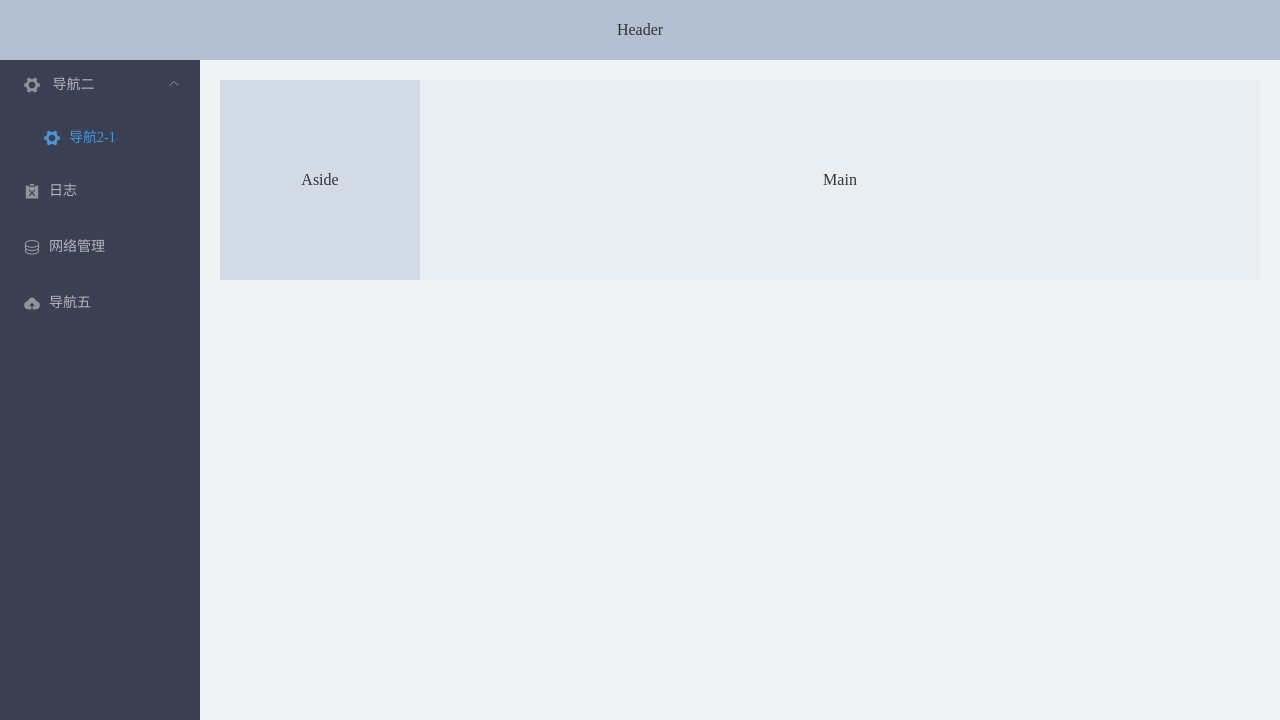
Repository: TomGodb/dazoo-admin
Page: /#/dashbord/aaa
These files come from the project's save history. The page is drawn as it stood at one moment and after the next save; the edit follows.
The browser window is 1280 px wide. The pictures show the whole page.
The project was rebuilt for these pictures with package versions that can differ from the ones it lists, and the page was loaded fresh each time. Also part of the build but not shown: vue.config.js, src/components/SlideVerify/index.vue, src/utils/request.js, src/views/login/http.js, src/views/login/index.vue.

Above is the page before, as saved 2021-01-23 11:51:45.

After the next save:
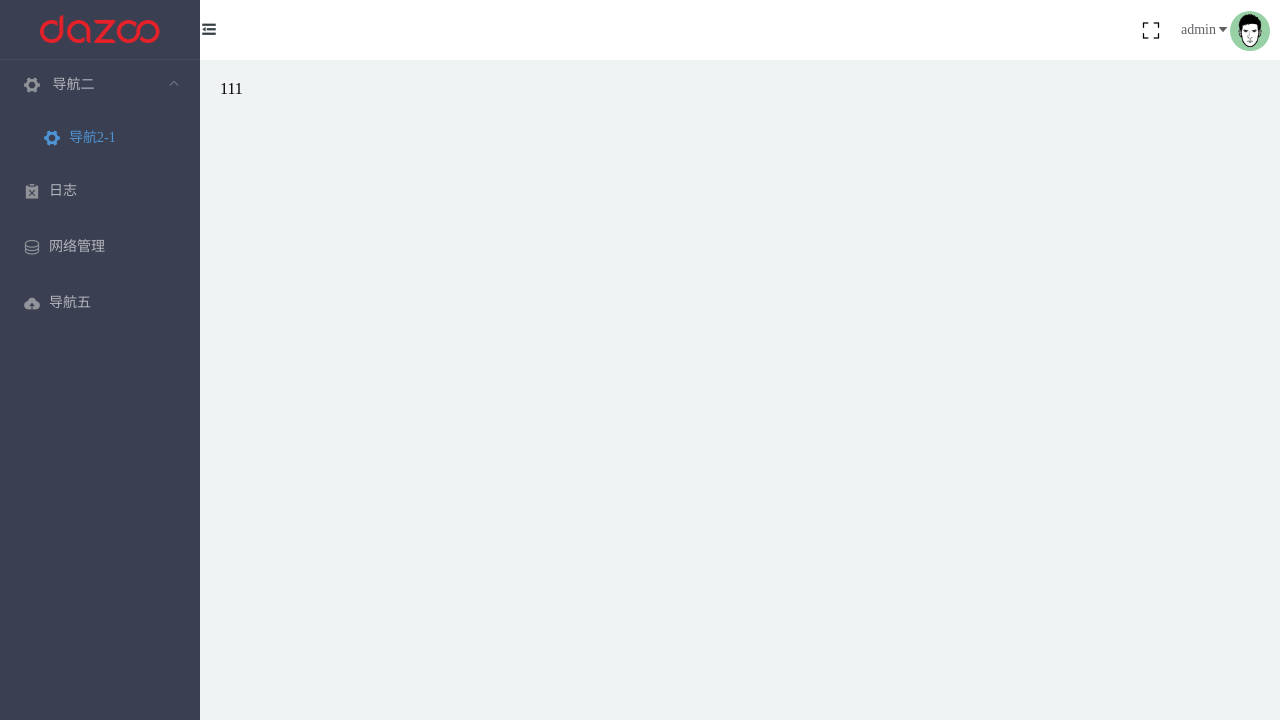
Saved 55 s later.
--- a/src/views/aaa/index.vue
+++ b/src/views/aaa/index.vue
@@ -1,12 +1,6 @@
 <template>
 <div>
-    <el-container>
-  <el-header>Header</el-header>
-  <el-container>
-    <el-aside width="200px">Aside</el-aside>
-    <el-main>Main</el-main>
-  </el-container>
-</el-container>
+   111
 </div>
 </template>
 <script>
@@ -19,38 +13,6 @@ export default {
 }
 </script>
 <style lang="less" scoped>
- .el-header, .el-footer {
-    background-color: #B3C0D1;
-    color: #333;
-    text-align: center;
-    line-height: 60px;
-  }
 
-  .el-aside {
-    background-color: #D3DCE6;
-    color: #333;
-    text-align: center;
-    line-height: 200px;
-  }
-
-  .el-main {
-    background-color: #E9EEF3;
-    color: #333;
-    text-align: center;
-    line-height: 160px;
-  }
-
-  body > .el-container {
-    margin-bottom: 40px;
-  }
-
-  .el-container:nth-child(5) .el-aside,
-  .el-container:nth-child(6) .el-aside {
-    line-height: 260px;
-  }
-
-  .el-container:nth-child(7) .el-aside {
-    line-height: 320px;
-  }
 
 </style>
